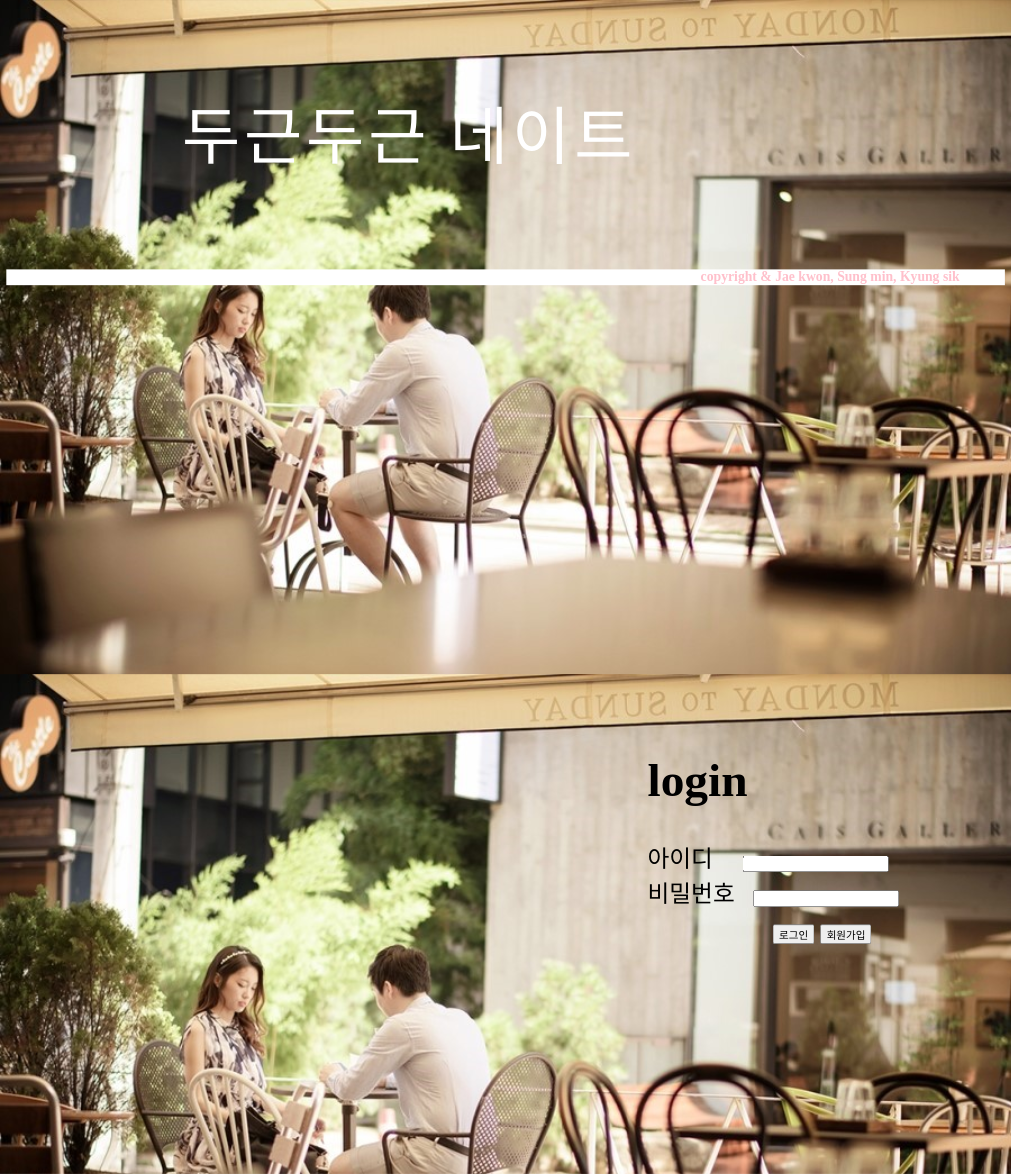
Repository: pinokio531/date_application
Page: http://localhost/doogeunDate/indexPage.jsp
These files come from the project's save history. The page is drawn as it stood at one moment and after the next save; the edit follows.
The browser window is 1280 px wide. The pictures show the whole page, at 79% of full size.
Some web fonts or font styles are not loaded; a fallback is used. The page is served by Tomcat 9.

Above is the page before, as saved 2019-06-04 10:06:12.

### doogeunDate/WebContent/indexPage.jsp
<%@ page language="java" contentType="text/html; charset=UTF-8"
    pageEncoding="UTF-8"%>
<%@ page errorPage = "error/errorpage.jsp" %>
<html lang="en">

<head>
	<link href="https://fonts.googleapis.com/css?family=Nanum+Brush+Script&display=swap" rel="stylesheet">
	<meta charset="EUC-KR">
	<meta http-equiv="X-UA-Compatible" content="ie=edge">
	<title>Document</title>
	<link rel="stylesheet" type="text/css" href="style/index.css" />
</head>

<body>
	<div id="header">
		<p>두근두근 데이트</p>
	</div>
	<div id="container">
	<form action="f_login.jsp" method="post">
		<div class="blank">&nbsp;</div>
			<div class="login">
				<h1>login</h1>
				아이디 &nbsp;&nbsp;&nbsp; <input name="id"><br>
				비밀번호 &nbsp;&nbsp;<input name="passwd"><br>

				<div class="button">
					<input type="submit" value="로그인">
					<input type="button" value="회원가입" onclick="location.href='joinPage.jsp'"><br>
				</div>
			</div>
	</form>
	</div>
	<div class="footer">
		<p>copyright & Jae kwon, Sung min, Kyung sik</p>
	</div>
</body>

</html>

### doogeunDate/WebContent/style/index.css
body{
    background-image:url(../asset/background.jpg);
    background-size: 100%;
}

#header{
    margin-left: 16%;
    padding: 20px;
    font-family: 'Nanum Brush Script', cursive;
    font-size: 60pt;
    letter-spacing: 5px;
    color: white;
}

.container{
    margin: 0 auto;
}

.blank{
    float: left;
    width: 65%;
    height: 80%;
}

.footer{
    text-align: center;
    font-size: 13pt;
    background-color: white;
}

.login{
    float: right;
    margin:10px;
    width: 35%;
    height: 80%;
    font-family: 'Nanum Brush Script', cursive;
    font-size: 30px;
}

.button{
    margin: 10px;
    text-align:center;
}

.footer p {
	color: pink;
    font-weight: bold;
}

After the next save:
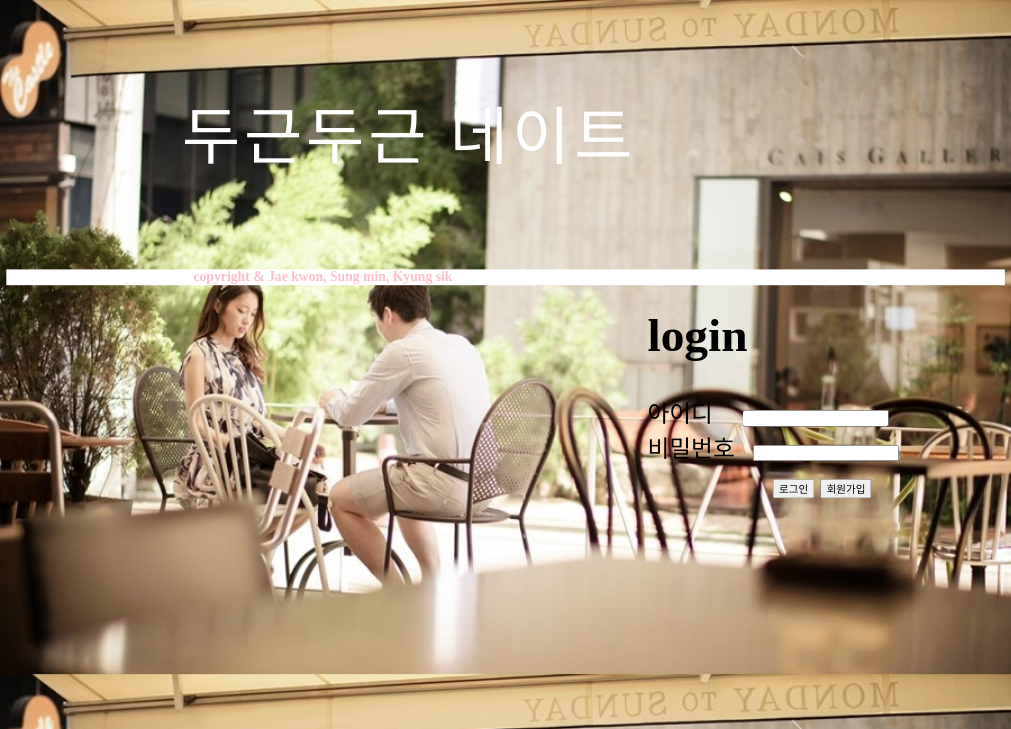
Saved 80 s later.
--- a/doogeunDate/WebContent/indexPage.jsp
+++ b/doogeunDate/WebContent/indexPage.jsp
@@ -17,8 +17,7 @@
 	</div>
 	<div id="container">
 	<form action="f_login.jsp" method="post">
-		<div class="blank">&nbsp;</div>
-			<div class="login">
+		<div class="login">
 				<h1>login</h1>
 				아이디 &nbsp;&nbsp;&nbsp; <input name="id"><br>
 				비밀번호 &nbsp;&nbsp;<input name="passwd"><br>
